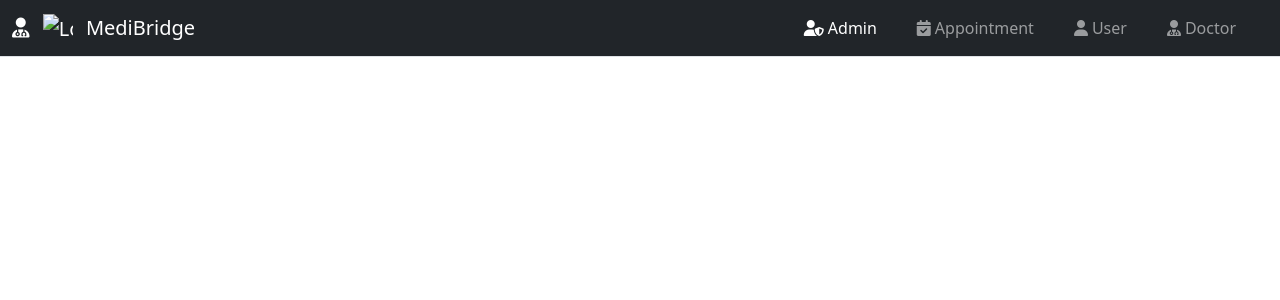
Repository: Abhinavan2004/MediBridge-hms
Page: http://localhost/Hospital_Management_System/User.jsp
These files come from the project's save history. The page is drawn as it stood at one moment and after the next save; the edit follows.
The browser window is 1280 px wide. The pictures show the whole page.
The page is served by Tomcat 9.

Above is the page before, as saved 2025-07-13 12:09:01.

After the next save:
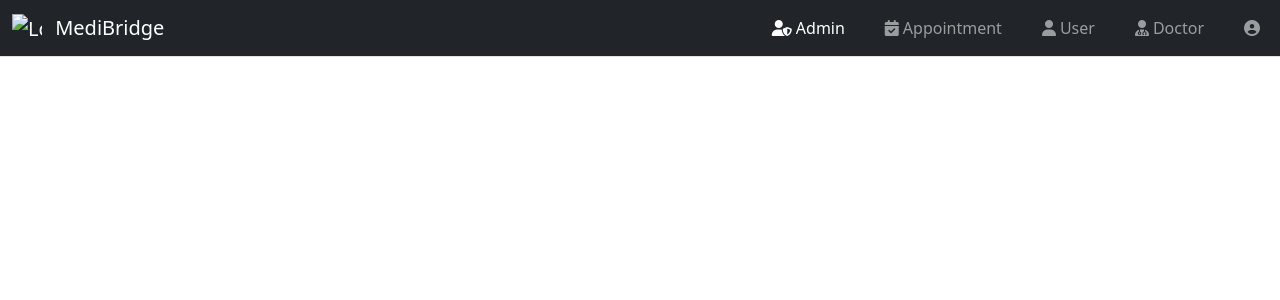
Saved 109 s later.
--- a/Hospital_Management_System/src/main/webapp/components/navbar.jsp
+++ b/Hospital_Management_System/src/main/webapp/components/navbar.jsp
@@ -13,7 +13,6 @@
 <nav class="navbar navbar-expand-lg navbar-dark bg-dark border-bottom">
 <div class="container-fluid">
 <a class="navbar-brand" href="#">
-<i class="fa-solid fa-user-doctor me-2"></i>
 <img src="#" alt="Logo" width="30" height="24" class="d-inline-block align-text-top me-2">
 MediBridge
 </a>
@@ -45,6 +44,11 @@ MediBridge
 <i class="fa-solid fa-user-doctor me-1"></i>Doctor
 </a>
 </li>
+<li class="nav-item">
+<a class="nav-link" href="#">
+<i class="fa-solid fa-user-circle"></i>
+</a>
+</li>
 </ul>
 </div>
 </div>
